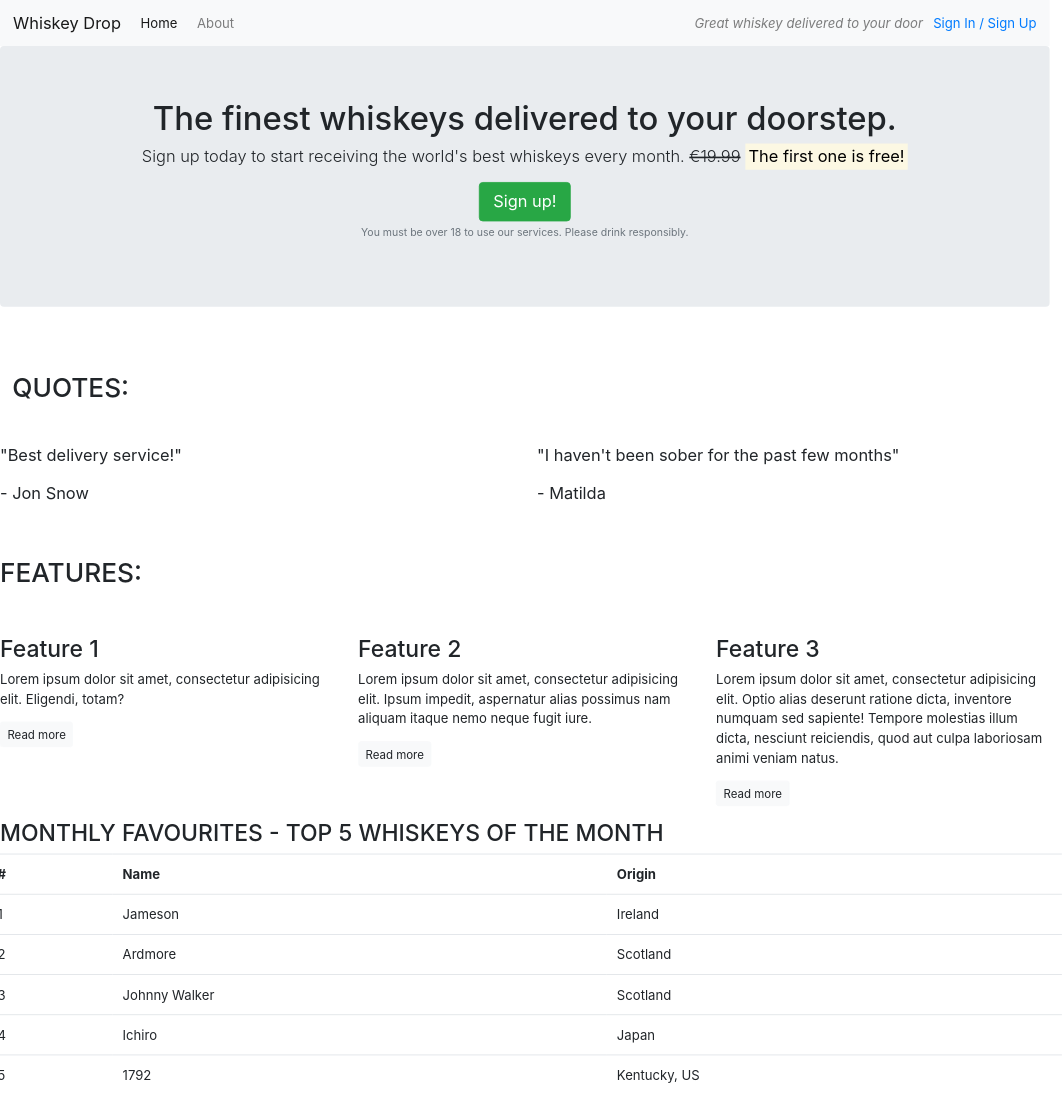
Repository: mkuti/Whiskey_website_using_Bootstrap
Page: index.html
The author's editor kept a record of every edit. The page is drawn from the files as they stood at one moment, then again after the next edit.
The browser window is 1280 px wide. The page is 1295 px wide, so the pictures cover 1295 px, including what lies to the right of the window. The pictures show the whole page, at 82% of full size.

Above is the page before.

After the next edit:
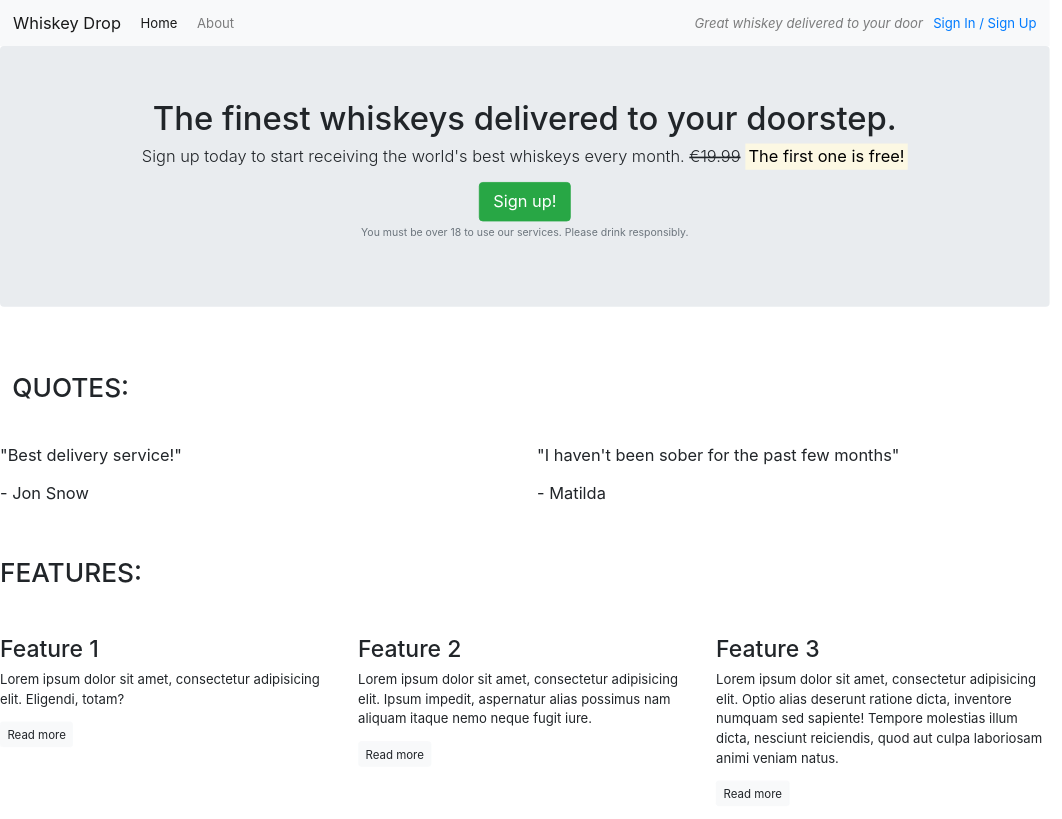
The edit:
--- a/index.html
+++ b/index.html
@@ -100,55 +100,6 @@
 
         </div>
 
-        <!-- Favorites -->
-
-        <section class="favorites">
-            <div class="row">
-                <div class="col-12">
-                    <h3 class="text-uppercase">Monthly Favourites - Top 5 whiskeys of the month</h3>
-                </div>
-            </div>
-            <div class="row">
-                <table class="table">
-                    <tr>
-                        <th scope="col">#</th>
-                        <th scope="col">Name</th>
-                        <th scope="col">Origin</th>
-                    </tr>
-
-                    <tr>
-                        <td scope="row">1</td>
-                        <td scope="row">Jameson</td>
-                        <td scope- "row">Ireland</td>
-                    </tr>
-
-                    <tr>
-                        <td scope="row">2</td>
-                        <td scope="row">Ardmore</td>
-                        <td scope="row">Scotland</td>
-                    </tr>
-
-                    <tr>
-                        <td scope="row">3</td>
-                        <td scope="row">Johnny Walker</td>
-                        <td scope="row">Scotland</td>
-                    </tr>
-
-                    <tr>
-                        <td scope="row">4</td>
-                        <td scope="row">Ichiro</td>
-                        <td scope="row">Japan</td>
-                    </tr>
-
-                    <tr>
-                        <td scope="row">5</td>
-                        <td scope="row">1792</td>
-                        <td scope="row">Kentucky, US</td>
-                    </tr>
-
-                </table>
-            </div>
-        </section>
         </div>
         </div>
         </article>
